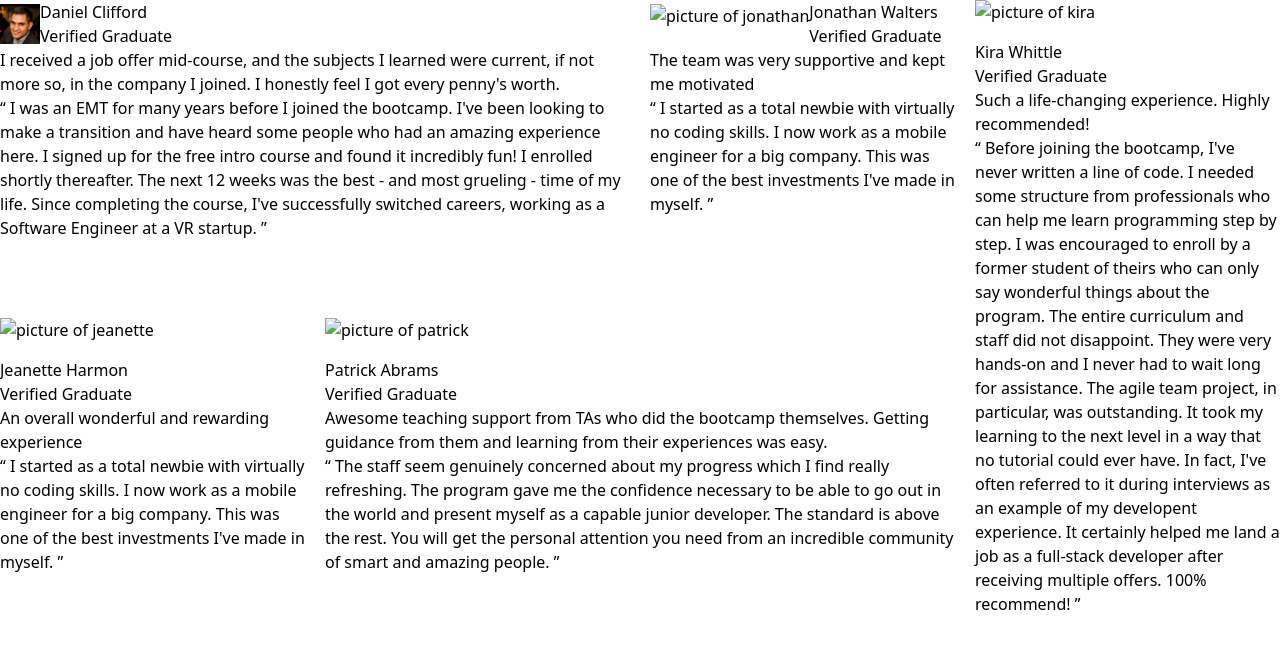
Repository: DiyBookOfLife/ps-FrontendMentor
Page: index.html
An editor plug-in stored every save of this project. The page is shown before and after a run of saves, followed by the edit.
The browser window is 1280 px wide. The pictures show the whole page.
Some web libraries are served in a nearby version.

Above is the page before, as saved 2026-01-02 13:35:06.

After the next 2 saves:
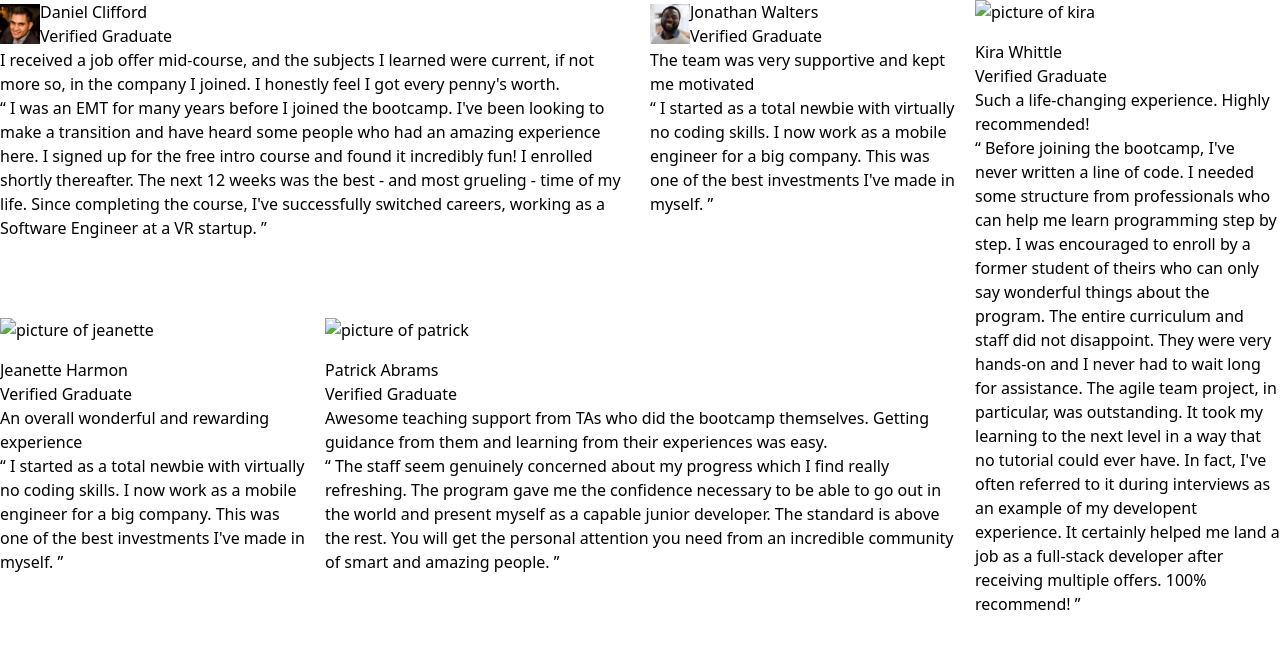
The 2 saves are shown as one change because they came seconds apart.
The last was saved 23 s later.
--- a/index.html
+++ b/index.html
@@ -47,7 +47,7 @@
       <div class="col-start-3 col-end-4">
         <div class="col-start-1 col-end-3">
         <div class="flex items-center">
-          <img class="h-[40px] src="./images/image-jonathan.jpg" alt="picture of jonathan">
+          <img class="h-[40px] src=" src="/images/image-jonathan.jpg" alt="picture of jonathan">
           <div class="flex flex-col justify-center">
             <div>Jonathan Walters</div>
             <div>Verified Graduate</div>
